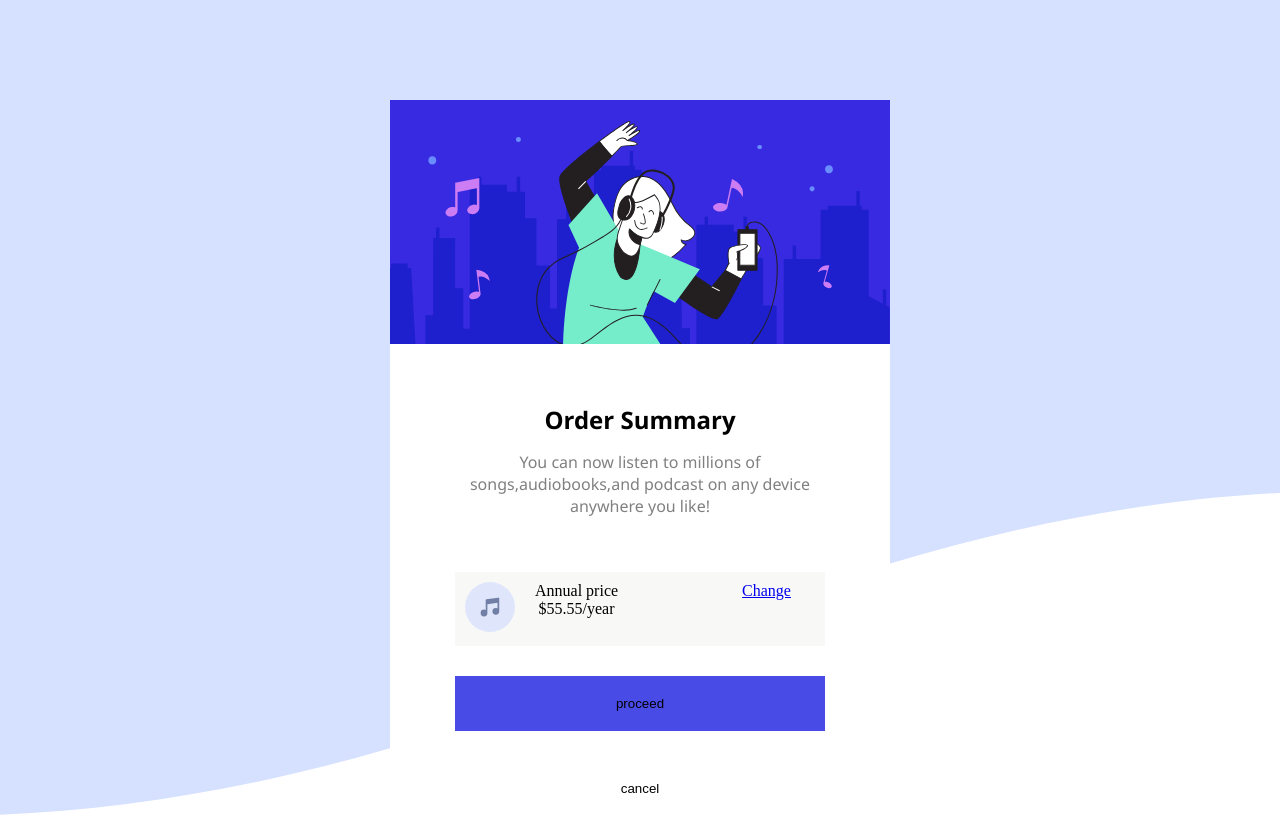
Repository: Eugene44-hub/newbie-project
Page: index.html
The author's editor kept a copy of each file at every save. The page is drawn from the files as they stood at one save, then again after the next save.
The browser window is 1280 px wide. The pictures show the whole page.

Above is the page before, as saved 2021-08-29 04:04:18.

### index.html
<!DOCTYPE html>
<html lang="en">

<head>
    <link rel="stylesheet" href="style.css">
    <meta charset="UTF-8">
    <meta http-equiv="X-UA-Compatible" content="IE=edge">
    <meta name="viewport" content="width=device-width, initial-scale=1.0">
    <title>Document</title>
</head>

<body>
    <div class="container">

        <div class="card-container">
            <div class="card">
                <div class="content">
                    <img src="illustration-hero.svg">
                    <div class="text">
                        <h2>Order Summary</h2>
                        <p>You can now listen to millions of songs,audiobooks,and podcast on any device anywhere you like!</p>
                    </div>
                    <div class="musicCard">
                        <div class=musicIcon> <img src="icon-music.svg" id="icon" alt=""></div>
                        <div class="sub">Annual price <br>$55.55/year
                        </div>
                        <div class="link">
                            <a href="#">Change</a>
                        </div>

                    </div>
                    <button id="proceed">
                        proceed
                    </button >
                    <button id="cancel">
                        cancel
                    </button>
                </div>

            </div>
        </div>

    </div>
</body>

</html>

### style.css
* {
    padding: 0;
    margin: 0;
}

.container {
    background-image: url('pattern-background-desktop.svg');
    background-repeat: no-repeat;
    background-position: center;
    background-size: cover;
}

.card-container {
    display: flex;
    justify-content: center;
    align-content: center;
    padding-top: 100px;
}

img {
    width: 100%;
}

.card {
    flex: 50%;
    max-width: 500px;
}

.content {
    text-align: center;
    background-color: white;
}

h2,
p {
    font-family: 'Segoe UI', Tahoma, Geneva, Verdana, sans-serif;
}

.text {
    padding: 55px;
}

h2 {
    margin-bottom: 15px;
}

p {
    color: grey;
}

.musicCard {
    display: flex;
    justify-content: center;
    align-content: center;
    width: 70%;
    margin: auto;
    background-color: rgb(248, 248, 247);
    padding: 10px;
    flex-wrap: wrap;
}

.link {
    flex: 10%;
    margin-left: 100px;
}

.musicIcon {
    flex: 80%;
    max-width: 50px;
    margin-right: 20px;
}

.price {
    flex: 10%;
    text-align: right;
}

button {
    width: 74%;
    padding: 20px;
    border: none;
    margin-top: 30px;
}

#cancel {
    background-color: white;
}

#proceed {
    background-color: rgb(72, 75, 230);
}

After the next save:
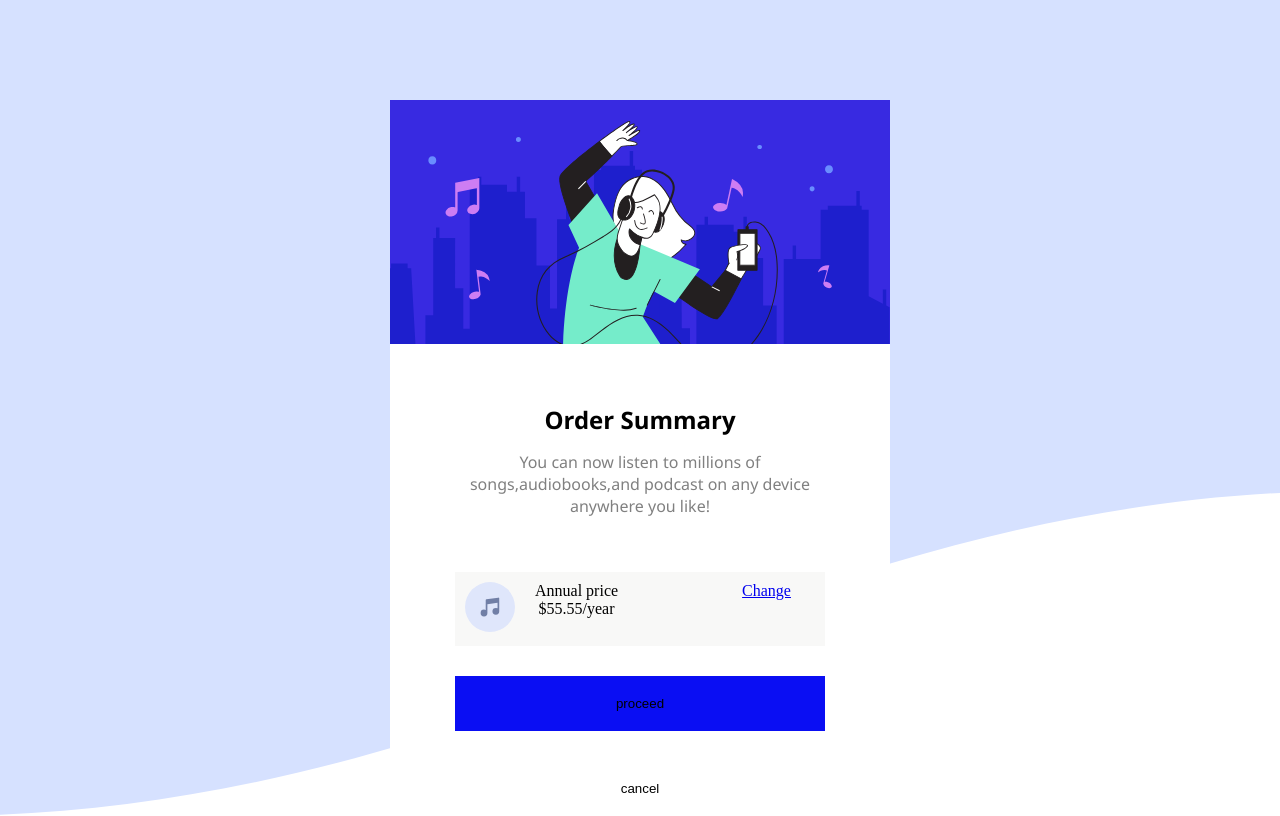
Saved 4 s later.
--- a/style.css
+++ b/style.css
@@ -87,5 +87,5 @@ button {
 }
 
 #proceed {
-    background-color: rgb(72, 75, 230);
+    background-color: rgb(10, 14, 243);
 }
